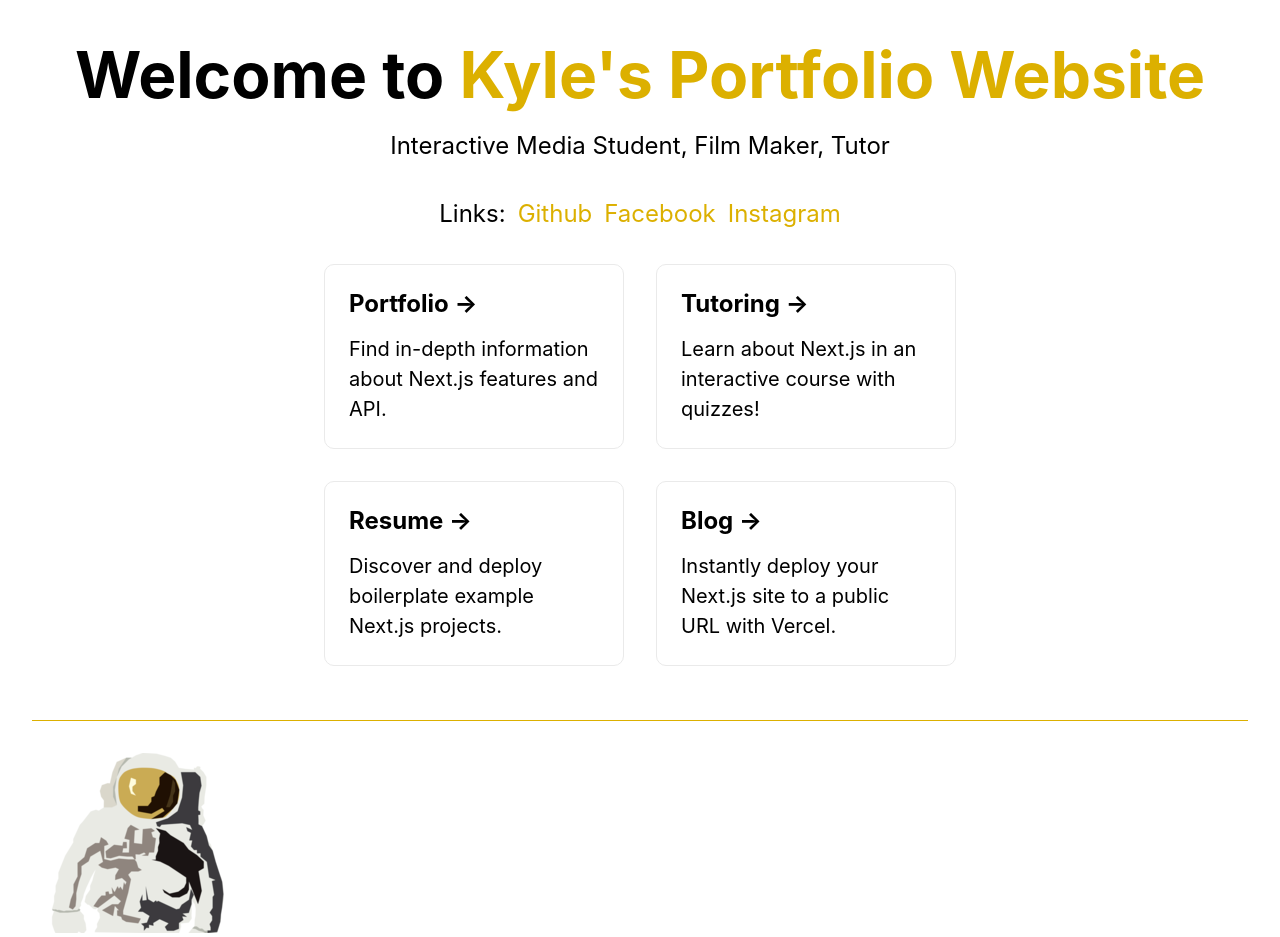
Repository: neomort/CL-portfolio-site
Page: /
An editor plug-in stored every save of this project. The page is shown before and after the next save, followed by the edit.
The browser window is 1280 px wide. The pictures show the whole page.
The project was rebuilt for these pictures with package versions that can differ from the ones it lists, and the page was loaded fresh each time. The framework's server and built-in components were replaced by stand-ins that run in the browser. Also part of the build but not shown: next.config.js.

Above is the page before, as saved 2021-12-14 14:38:14.

### pages/_document.js
import Document, { Html, Head, Main, NextScript } from 'next/document'

class MyDocument extends Document {


  render() {
    return (
      <Html>
        <Head>
        <link rel="apple-touch-icon" sizes="180x180" href="/images/favicons/apple-touch-icon.png" />
        <link rel="icon" type="image/png" sizes="32x32" href="/images/favicons/favicon-32x32.png" />
        <link rel="icon" type="image/png" sizes="16x16" href="/images/favicons/favicon-16x16.png" />
        <link rel="manifest" href="/images/favicons//site.webmanifest" />
        <link rel="mask-icon" href="/safari-pinned-tab.svg" color="#5bbad5" />
        <meta name="msapplication-TileColor" content="#da532c" />
        <meta name="theme-color" content="#ffffff"></meta>
        </Head>

        <body>
          <Main />
          <NextScript />
        </body>
      </Html>
    )
  }
}

export default MyDocument

### pages/index.js
import Head from 'next/head'
import Image from 'next/image'
import styles from '../styles/Home.module.css'

export default function Home() {
  return (
    <div className={styles.container}>
      <Head>
        <title>Kyle's Portfolio</title>
        <meta name="description" content="If you are reading this you are really impressive" />

      </Head>

      <main className={styles.main}>
        <h1 className={styles.title}>
          Welcome to <a href="https://kyleadams.com/">Kyle's Portfolio Website</a>
        </h1>

        <p className={styles.description}>
        Interactive Media Student, Film Maker, Tutor
        </p>

        <p className={styles.description}>
          Links:
          <a href="https://github.com/neomort">Github</a>
          <a href="https://github.com/neomort">Facebook</a>
          <a href="https://github.com/neomort">Instagram</a>
          {/* <code className={styles.code}>this is code</code> */}
        </p>

        <div className={styles.grid}>
          <a href="https://nextjs.org/docs" className={styles.card}>
            <h2>Portfolio &rarr;</h2>
            <p>Find in-depth information about Next.js features and API.</p>
          </a>

          <a href="https://nextjs.org/learn" className={styles.card}>
            <h2>Tutoring &rarr;</h2>
            <p>Learn about Next.js in an interactive course with quizzes!</p>
          </a>

          <a
            href="https://github.com/vercel/next.js/tree/master/examples"
            className={styles.card}
          >
            <h2>Resume &rarr;</h2>
            <p>Discover and deploy boilerplate example Next.js projects.</p>
          </a>

          <a
            href="https://vercel.com/new?utm_source=create-next-app&utm_medium=default-template&utm_campaign=create-next-app"
            className={styles.card}
          >
            <h2>Blog &rarr;</h2>
            <p>
              Instantly deploy your Next.js site to a public URL with Vercel.
            </p>
          </a>
        </div>
      </main>

      <footer className={styles.footer}>
        <a
          href="https://kyleadams.com/"
          target="_blank"
          rel="noopener noreferrer"
        >

          <span className={styles.logo}>
            <Image src="/images/favicons/apple-touch-icon.png" alt="Spaceman" width={180} height={180} />
          </span>
        </a>
      </footer>
    </div>
  )
}

### styles/Home.module.css
.container {
  padding: 0 2rem;
}

.main {
  min-height: 100vh;
  padding: 2rem 0;
  flex: 1;
  display: flex;
  flex-direction: column;
  justify-content: center;
  align-items: center;
}

.footer {
  display: flex;
  flex: 1;
  padding: 2rem 0;
  border-top: 1px solid #dcb000;
  justify-content: left;
  align-items: center;
}

.footer a {
  display: flex;
  justify-content: left;
  align-items: center;
  flex-grow: 1;
}

.title a {
  color: #dcb000;
  text-decoration: none;
}

.title a:hover,
.title a:focus,
.title a:active {
  text-decoration: underline;
}

.title {
  margin: 0;
  line-height: 1.15;
  font-size: 4rem;
}

.title,
.description {
  text-align: center;
}

.description {
  margin: 1rem 0;
  line-height: 1.5;
  font-size: 1.5rem;
}

.description a{
  padding-left: 0.75rem;
  color: #dcb000;
  text-decoration: none;
}

.code {
  background: #fafafa;
  border-radius: 5px;
  padding: 0.75rem;
  font-size: 1.1rem;
  font-family: Menlo, Monaco, Lucida Console, Liberation Mono, DejaVu Sans Mono,
    Bitstream Vera Sans Mono, Courier New, monospace;
}

.grid {
  display: flex;
  align-items: center;
  justify-content: center;
  flex-wrap: wrap;
  max-width: 800px;
}

.card {
  margin: 1rem;
  padding: 1.5rem;
  text-align: left;
  color: inherit;
  text-decoration: none;
  border: 1px solid #eaeaea;
  border-radius: 10px;
  transition: color 0.15s ease, border-color 0.15s ease;
  max-width: 300px;
}

.card:hover,
.card:focus,
.card:active {
  color: #0070f3;
  border-color: #0070f3;
}

.card h2 {
  margin: 0 0 1rem 0;
  font-size: 1.5rem;
}

.card p {
  margin: 0;
  font-size: 1.25rem;
  line-height: 1.5;
}

.logo {
  height: 2em;
  margin-left: 1rem;
}

@media (max-width: 600px) {
  .grid {
    width: 100%;
    flex-direction: column;
  }
}

Loaded but not shown: pages/_app.js (common file); styles/globals.css (common file)

After the next save:
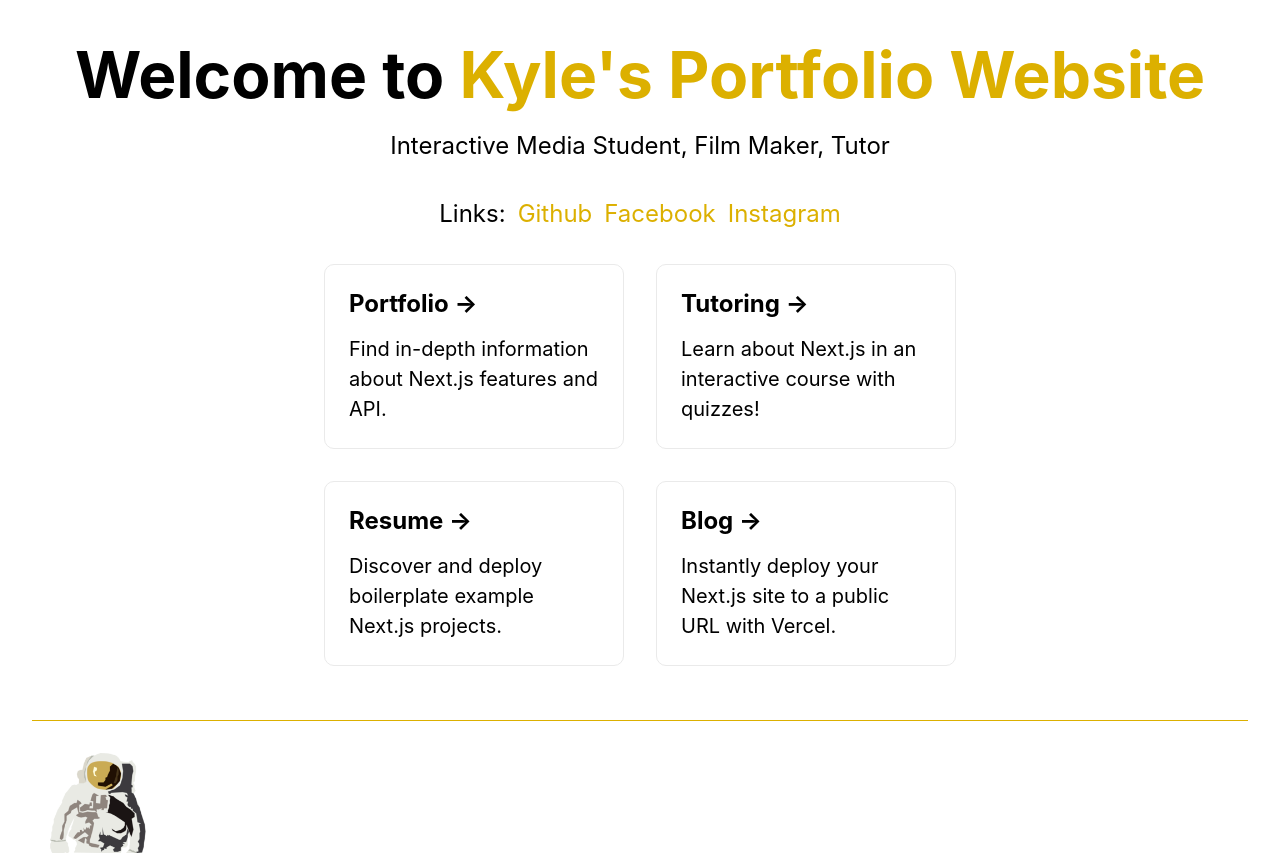
Saved 18 s later.
--- a/pages/index.js
+++ b/pages/index.js
@@ -67,7 +67,7 @@ export default function Home() {
         >
 
           <span className={styles.logo}>
-            <Image src="/images/favicons/apple-touch-icon.png" alt="Spaceman" width={180} height={180} />
+            <Image src="/images/favicons/apple-touch-icon.png" alt="Spaceman" width={100} height={100} />
           </span>
         </a>
       </footer>
